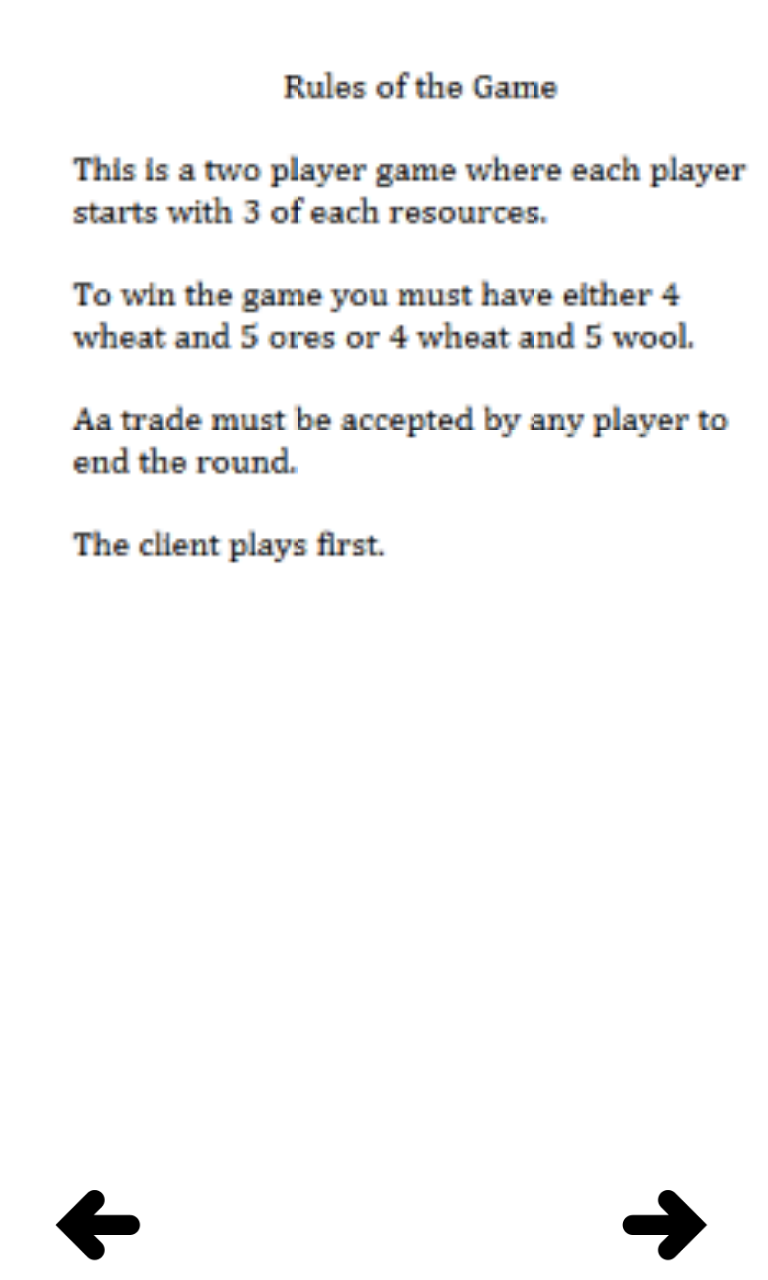
Repository: nidafarooqui/Trading-Game-Version-3
Layout: TaikunServer/res/layout/activity_help_one.xml
An editor plug-in stored every save of this project. The layout is shown before and after the next save, followed by the edit.
It is drawn on a 768 x 1280 px phone screen (xhdpi) without system bars, with theme AppTheme; the app's code is not run.

Above is the layout before, as saved 2014-08-17 00:22:23.

After the next save:
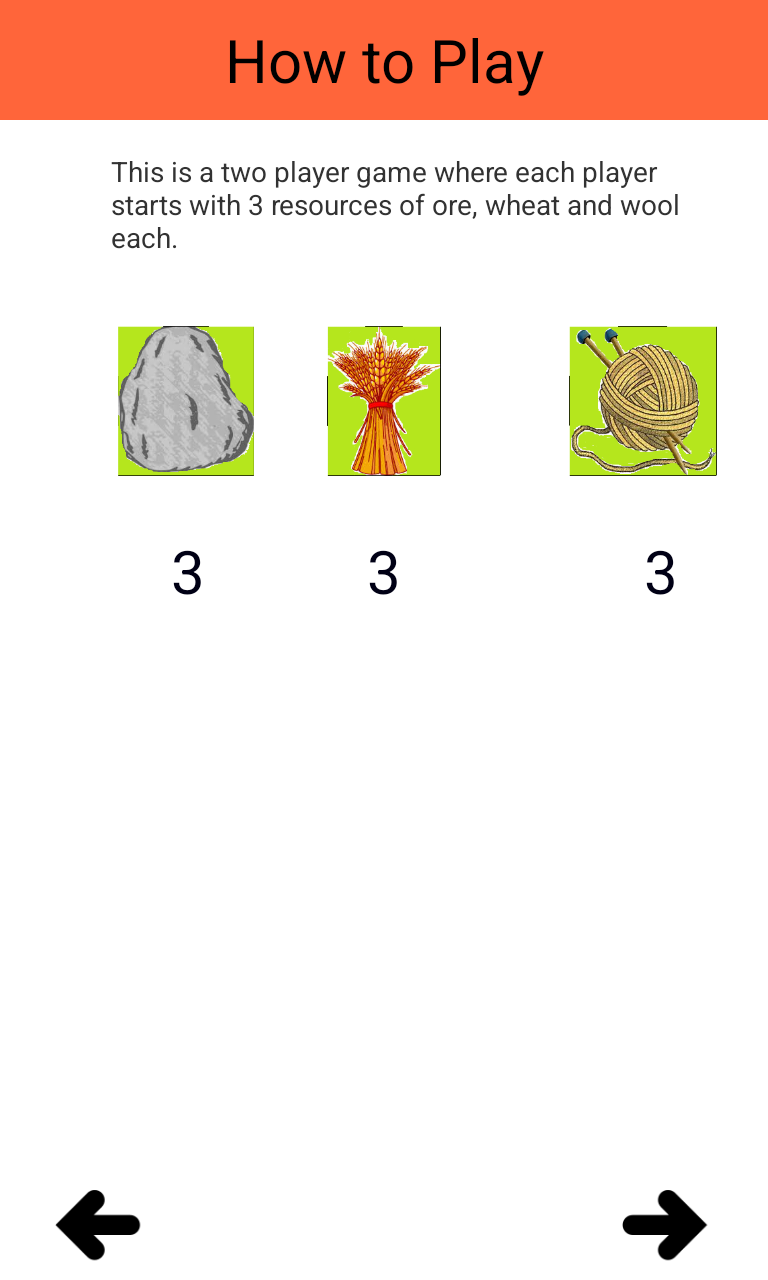
Saved 63 s later.
--- a/TaikunServer/res/layout/activity_help_one.xml
+++ b/TaikunServer/res/layout/activity_help_one.xml
@@ -4,20 +4,8 @@
     android:layout_height="match_parent"
     tools:context="${relativePackage}.${activityClass}" >
 
-    <ImageView
-        android:id="@+id/imageView1"
-        android:layout_width="match_parent"
-        android:layout_height="match_parent"
-        android:layout_alignParentLeft="true"
-        android:layout_alignParentRight="true"
-        android:layout_alignParentTop="true"
-        android:layout_marginLeft="32dp"
-        android:layout_marginTop="31dp"
-        android:scaleType="fitStart"
-        android:src="@drawable/help1" />
-
     <ImageButton
-        android:id="@+id/imageButton1"
+        android:id="@+id/imageButtonPageThree"
         android:layout_width="100dp"
         android:layout_height="60dp"
         android:layout_alignParentBottom="true"
@@ -27,7 +15,7 @@
         android:src="@drawable/arrow_right_thick" />
 
     <ImageButton
-        android:id="@+id/imageButton2"
+        android:id="@+id/imageButtonBack"
         android:layout_width="100dp"
         android:layout_height="60dp"
         android:layout_alignParentBottom="true"
@@ -36,4 +24,87 @@
         android:scaleType="centerInside"
         android:src="@drawable/arrow_left_thick" />
 
+    <ImageView
+        android:id="@+id/rockImage"
+        android:layout_width="75dp"
+        android:layout_height="75dp"
+        android:layout_alignTop="@+id/wheatImage"
+        android:layout_marginRight="24dp"
+        android:layout_toLeftOf="@+id/wheatImage"
+        android:src="@drawable/rockcard" />
+
+    <ImageView
+        android:id="@+id/wheatImage"
+        android:layout_width="75dp"
+        android:layout_height="75dp"
+        android:layout_alignTop="@+id/woolImage"
+        android:layout_centerHorizontal="true"
+        android:src="@drawable/wheatcard" />
+
+    <TextView
+        android:id="@+id/rocksGoalState"
+        android:layout_width="wrap_content"
+        android:layout_height="wrap_content"
+        android:layout_alignRight="@+id/rockImage"
+        android:layout_below="@+id/rockImage"
+        android:layout_marginRight="28dp"
+        android:layout_marginTop="27dp"
+        android:text="@string/rockTotal"
+        android:textColor="@color/dark"
+        android:textSize="30sp" />
+
+    <TextView
+        android:id="@+id/wheatGoalState"
+        android:layout_width="wrap_content"
+        android:layout_height="wrap_content"
+        android:layout_alignBaseline="@+id/rocksGoalState"
+        android:layout_alignBottom="@+id/rocksGoalState"
+        android:layout_centerHorizontal="true"
+        android:text="@string/wheatTotal"
+        android:textColor="@color/dark"
+        android:textSize="30sp" />
+
+    <TextView
+        android:id="@+id/woolGoalState"
+        android:layout_width="wrap_content"
+        android:layout_height="wrap_content"
+        android:layout_alignBaseline="@+id/wheatGoalState"
+        android:layout_alignBottom="@+id/wheatGoalState"
+        android:layout_alignRight="@+id/woolImage"
+        android:layout_marginRight="20dp"
+        android:text="@string/woolTotal"
+        android:textColor="@color/dark"
+        android:textSize="30sp" />
+
+    <TextView
+        android:id="@+id/textViewTurn"
+        android:layout_width="fill_parent"
+        android:layout_height="60dp"
+        android:layout_alignParentLeft="true"
+        android:layout_alignParentTop="true"
+        android:background="#FF653A"
+        android:gravity="center_horizontal|center_vertical"
+        android:text="How to Play"
+        android:textAppearance="?android:attr/textAppearanceLarge"
+        android:textSize="30sp" />
+
+    <TextView
+        android:id="@+id/textView1"
+        android:layout_width="wrap_content"
+        android:layout_height="wrap_content"
+        android:layout_alignLeft="@+id/rockImage"
+        android:layout_alignRight="@+id/woolImage"
+        android:layout_below="@+id/textViewTurn"
+        android:layout_marginTop="16dp"
+        android:text="This is a two player game where each player starts with 3 resources of ore, wheat and wool each." />
+
+    <ImageView
+        android:id="@+id/woolImage"
+        android:layout_width="75dp"
+        android:layout_height="75dp"
+        android:layout_alignLeft="@+id/imageButtonPageThree"
+        android:layout_below="@+id/textView1"
+        android:layout_marginTop="35dp"
+        android:src="@drawable/woolcard" />
+
 </RelativeLayout>
